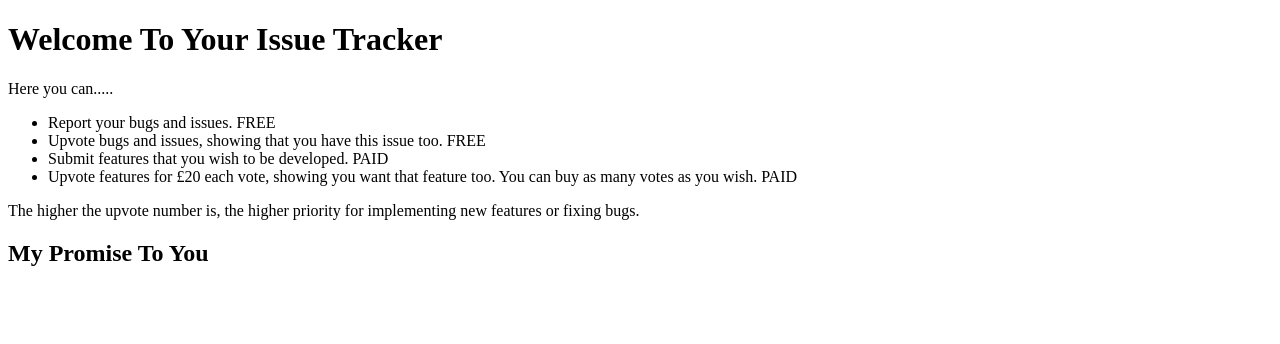
Repository: sarahg177/unicorn_attractor_not_used
Page: home/templates/index.html
The author's editor kept a record of every edit. The page is drawn from the files as they stood at one moment, then again after the next edit.
The browser window is 1280 px wide. The pictures show the whole page.
The template is drawn by Django 2.2. The application's start-up code is not run. The template is opened directly, without the code that normally fills it, so the values that code supplies are empty.

Above is the page before.

After the next edit:
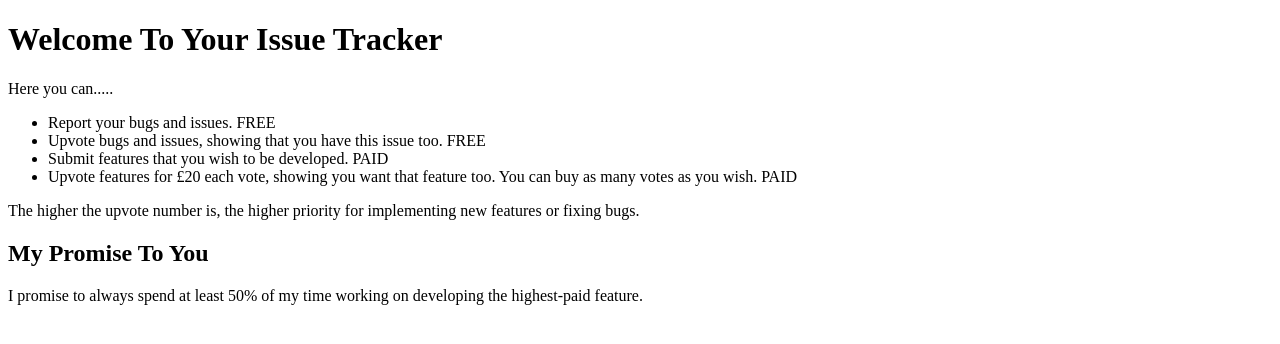
The edit:
--- a/home/templates/index.html
+++ b/home/templates/index.html
@@ -19,5 +19,6 @@
 <p>The higher the upvote number is, the higher priority for implementing new features or fixing bugs.</p>
 
 <h2 class="promise">My Promise To You</h2>
+<p>I promise to always spend at least 50% of my time working on developing the highest-paid feature.</p>
 </body>
 </html>
